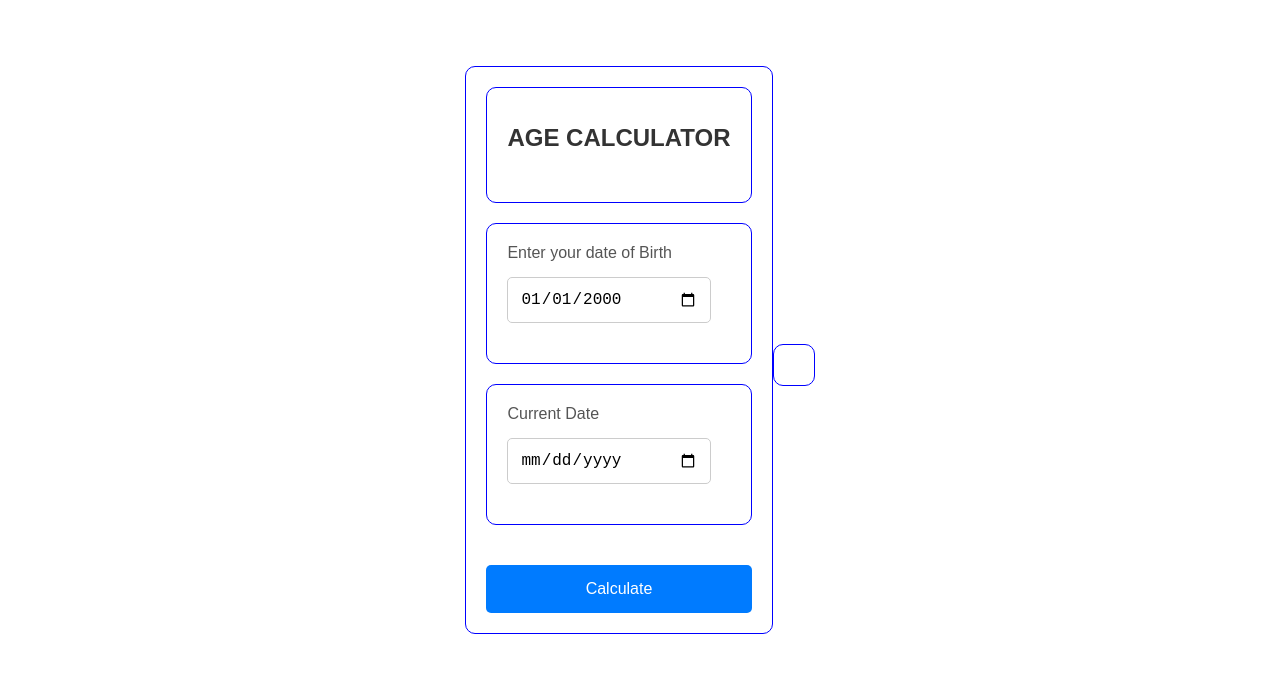
Repository: Femi007-gh/Calculator
Page: index.html
These files come from the project's save history. The page is drawn as it stood at one moment and after a run of saves; the edit follows.
The browser window is 1280 px wide. The pictures show the whole page.

Above is the page before, as saved 2025-03-27 19:30:48.

### index.html
<html>
  <head>
    <title>CALCULATOR MINI PROJECT</title>
    <script src="script.js"></script>
    <link rel="stylesheet" href="style.css">
  </head>
  <body>
    <div class="container">
      <div>
        <h1>AGE CALCULATOR</h1>
      </div>
      <div>
        <label>Enter your date of Birth</label>
        <input id="inputDOB" type="date" value="2000-01-01">
      </div>
      <div>
        <label>Current Date</label>
        <input id="cdate" type="date" value="">
      </div>
      <button type="button" onclick="getDOB()">Calculate</button>
    </div>
    <div id="currentAge"></div>
  </body>
</html>

### script.js
function getDOB() {
  const dobInput = document.getElementById('inputDOB').value;
  const currentDateInput = document.getElementById('cdate').value;

  if (!dobInput || !currentDateInput) {
    alert('Please enter both Date of Birth and Current Date.');
    return;
  }

  const dob = new Date(dobInput);
  const currentDate = new Date(currentDateInput);

  // Ensure the date is correctly parsed
  if (dob.getTime() && currentDate.getTime()) {
    let age = currentDate.getFullYear() - dob.getFullYear();
    const monthDifference = currentDate.getMonth() - dob.getMonth();

    if (monthDifference < 0 || (monthDifference === 0 && currentDate.getDate() < dob.getDate())) {
      age--;
    }

    document.getElementById('currentAge').textContent = `Your age is ${age} years.`;
  } else {
    alert('Please enter valid dates.');
  }
}

### style.css
body {
  font-family: Arial, sans-serif;
  display: flex;
  justify-content: center;
  align-items: center;
  height: 100vh;
  margin: 0;
}

div {
  border: 1px solid blue;
  padding: 20px;
  border-radius: 10px;
  margin-bottom: 20px;
}

h1 {
  text-align: center;
  margin-bottom: 30px;
  font-size: 24px;
  color: #333;
}

label {
  display: block;
  margin-bottom: 15px;
  font-size: 16px;
  color: #555;
}

input[type="date"] {
  width: calc(100% - 20px);
  padding: 12px;
  margin-bottom: 20px;
  border-radius: 5px;
  border: 1px solid #ccc;
  font-size: 16px;
}

button {
  width: 100%;
  background-color: #007bff;
  color: white;
  padding: 15px;
  border: none;
  border-radius: 5px;
  font-size: 16px;
  cursor: pointer;
  transition: background-color 0.3s ease;
  margin-top: 20px;
}

button:hover {
  background-color: #0056b3;
}

#currentAge {
  text-align: center;
  margin-top: 30px;
  font-size: 18px;
  color: #333;
}

After the next 2 saves:
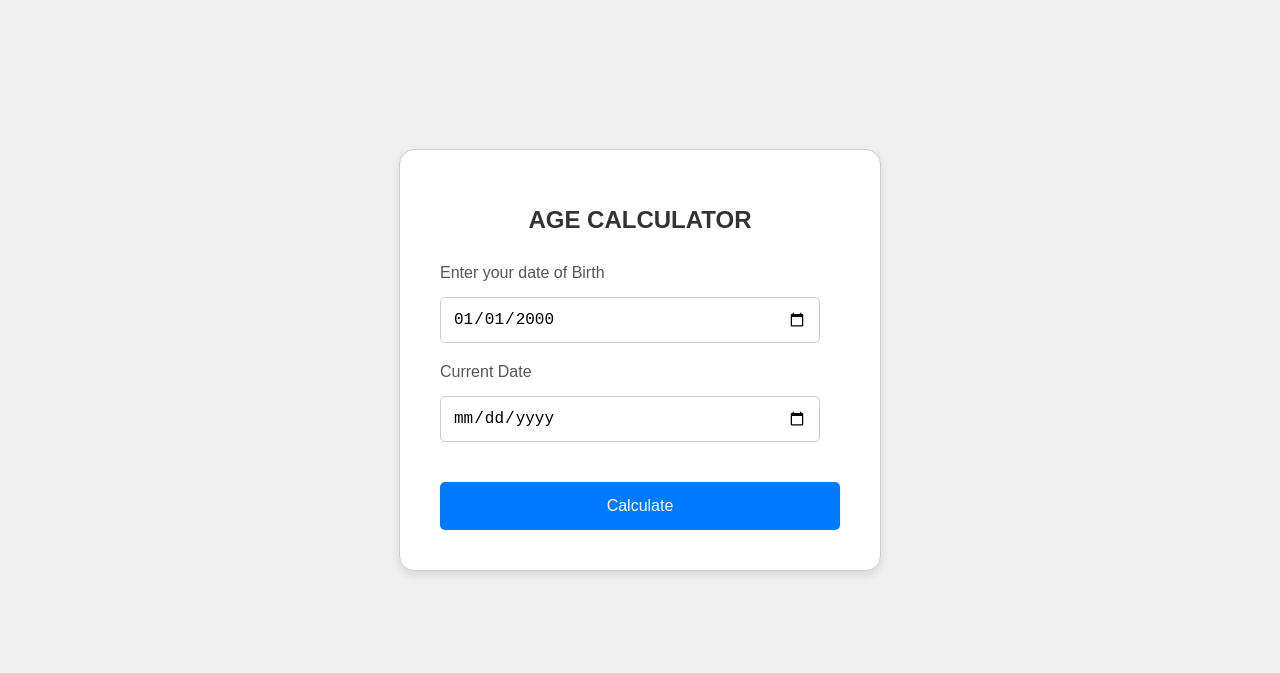
The 2 saves are shown as one change because they came seconds apart.
The last was saved 4 min 2 s later.
--- a/style.css
+++ b/style.css
@@ -5,13 +5,16 @@ body {
   align-items: center;
   height: 100vh;
   margin: 0;
+  background-color: #f0f0f0;
 }
 
-div {
-  border: 1px solid blue;
-  padding: 20px;
-  border-radius: 10px;
-  margin-bottom: 20px;
+.container {
+  background-color: white;
+  border: 1px solid #ccc;
+  padding: 40px;
+  border-radius: 15px;
+  box-shadow: 0 4px 8px rgba(0, 0, 0, 0.1);
+  width: 400px;
 }
 
 h1 {
